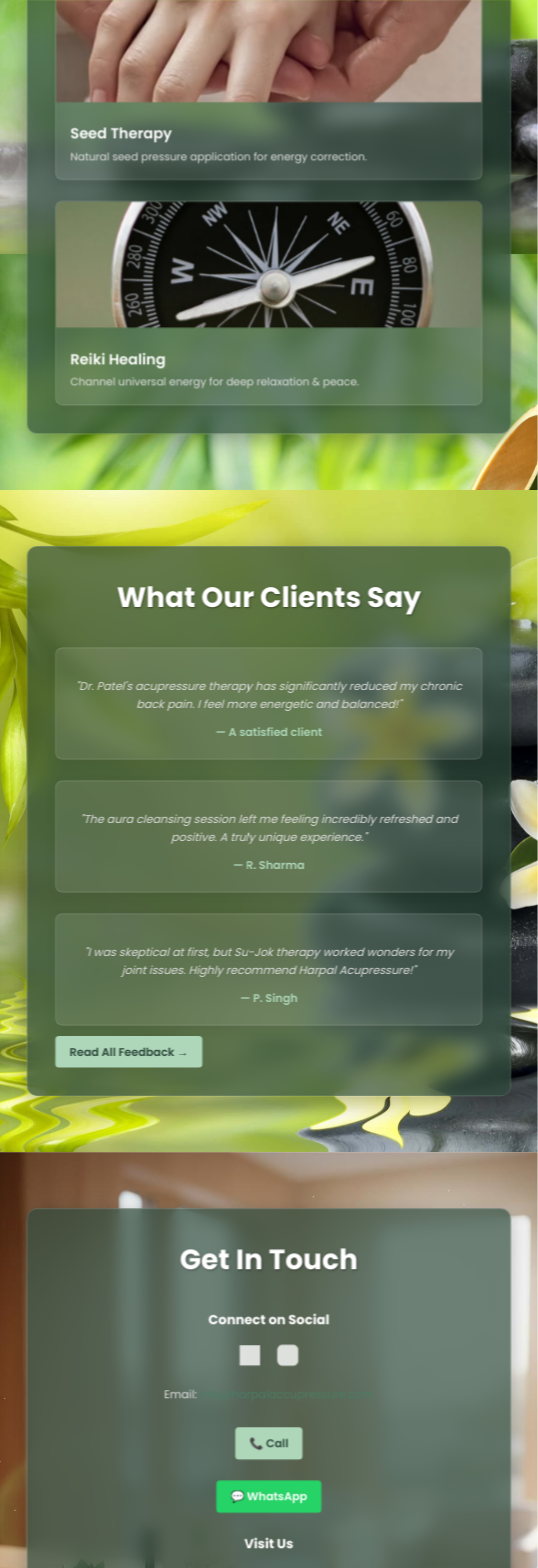
Repository: swasthiik/my-websites
Page: index.html
These files come from the project's save history. The page is drawn as it stood at one moment and after the next save; the edit follows.
The browser window is 768 px wide. The pictures show the part of the page from y = 4260 to 6500 px (the page is 7291 px tall before and 7316 px after), at 70% of full size.
Pictures or frames that could not be fetched are drawn as grey boxes. Backgrounds fixed to the window are drawn as part of the page.

Above is the page before, as saved 2025-10-30 17:40:11.

After the next save:
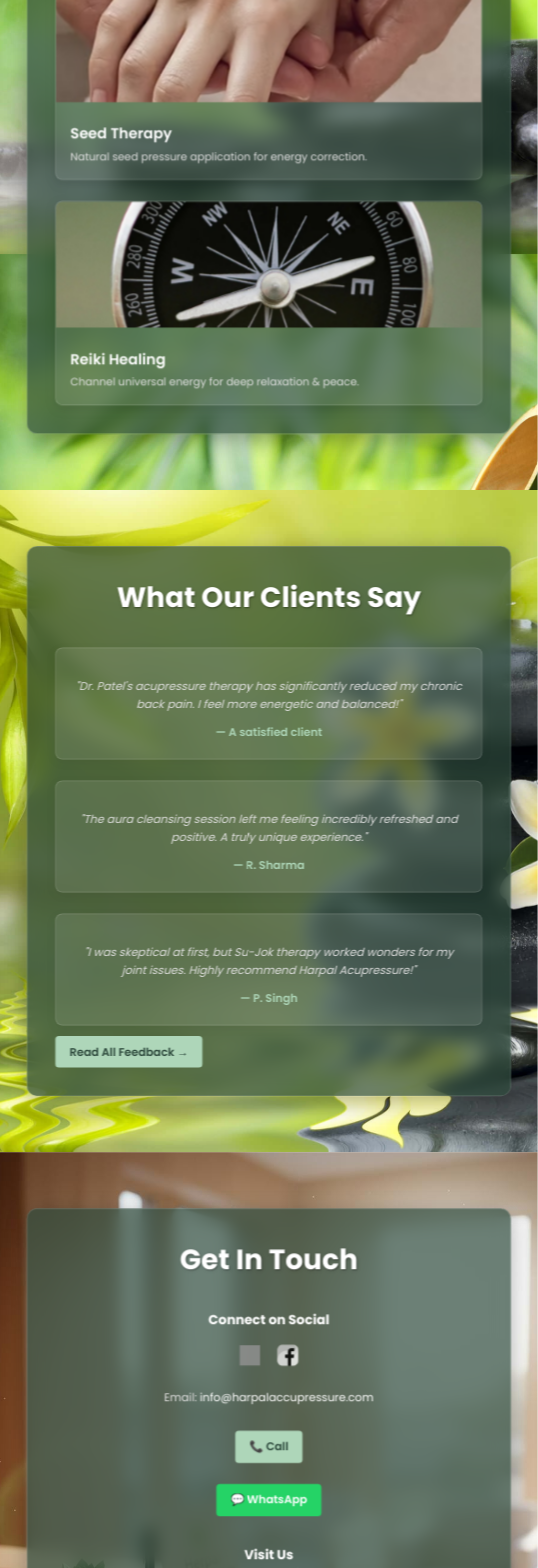
Saved 10 min 3 s later.
--- a/style.css
+++ b/style.css
@@ -122,7 +122,7 @@ header {
   background: #aed6b9;
 }
 
-/* NEW: Mobile Menu Button Styling */
+/* Mobile Menu Button Styling */
 .mobile-menu-button {
   display: none; /* Hidden by default on desktop */
   flex-direction: column;
@@ -258,12 +258,12 @@ section {
 }
 
 .service-card {
-  background: rgba(255, 255, 255, 0.1); /* Lighter, transparent fill */
+  background: rgba(255, 255, 255, 0.1);
   border-radius: 10px;
   box-shadow: 0 4px 15px rgba(0,0,0,0.1);
   overflow: hidden;
   transition: all 0.3s ease;
-  border: 1px solid rgba(255, 255, 255, 0.2); /* Light border for glass effect */
+  border: 1px solid rgba(255, 255, 255, 0.2);
 }
 
 .service-card:hover {
@@ -280,13 +280,13 @@ section {
 
 .svc-body {
   padding: 20px;
-  color: #e0e0e0; /* Light text for readability */
+  color: #e0e0e0;
 }
 
 .svc-title {
   font-weight: 600;
   font-size: 1.3em;
-  color: #ffffff; /* White title */
+  color: #ffffff;
   margin-bottom: 5px;
 }
 
@@ -309,7 +309,7 @@ section {
   box-shadow: 0 4px 15px rgba(0,0,0,0.05);
   text-align: center;
   font-style: italic;
-  color: #e0e0e0; /* Light text color */
+  color: #e0e0e0;
   border: 1px solid rgba(255, 255, 255, 0.2);
 }
 
@@ -320,46 +320,62 @@ section {
 .feedback-item span {
   display: block;
   font-weight: 600;
-  color: #aed6b9; /* Light green for name */
+  color: #aed6b9;
   font-style: normal;
 }
 
-/* Contact Section */
+/* ----- UPDATED & POLISHED CONTACT SECTION ----- */
 #contact-card .inner {
   display: grid;
   grid-template-columns: repeat(auto-fit, minmax(280px, 1fr));
-  gap: 30px;
+  gap: 40px; /* Increased gap for better spacing */
   margin-bottom: 30px;
 }
 
 .contact-left, .contact-center, .quick-links {
   text-align: center;
-  color: #e0e0e0; /* Light text color */
+  color: #e0e0e0;
 }
 
 .contact-left h3, .contact-center h3, .quick-links h4 {
-  color: #ffffff; /* White headings */
+  color: #ffffff;
   margin-bottom: 20px;
   text-shadow: none;
 }
 
+/* FIX: Adjusted filter to work for both Instagram and Facebook icons */
 .social-btns img {
   height: 30px;
   width: 30px;
   margin: 0 10px;
-  transition: transform 0.2s ease;
-  filter: brightness(0) invert(1); /* Invert icon colors to be white */
+  transition: all 0.2s ease;
+  filter: grayscale(1) invert(1) brightness(1.5);
   opacity: 0.8;
 }
 
 .social-btns img:hover {
   transform: scale(1.1);
   opacity: 1;
-}
-
+  filter: grayscale(0) invert(0) brightness(1); /* Optional: Show original colors on hover */
+}
+
+/* FIX: Made email link visible and polished */
 .email-line {
-  margin-top: 20px;
-}
+  margin-top: 25px; /* Added spacing */
+  color: #e0e0e0;
+}
+
+.email-line a {
+    color: #ffffff;
+    font-weight: 500;
+    transition: color 0.3s ease;
+}
+
+.email-line a:hover {
+    color: #aed6b9;
+    text-decoration: underline;
+}
+
 
 .btn-area {
   display: flex;
@@ -383,12 +399,15 @@ section {
   background-color: #1da851;
 }
 
+/* FIX: Polished Quick Links for better visibility */
 .quick-links a {
   display: block;
   margin-bottom: 10px;
   font-weight: 500;
-  color: #aed6b9; /* Light green for links */
-}
+  color: #d4f0db; /* Brighter green for better contrast */
+  transition: color 0.3s ease;
+}
+
 .quick-links a:hover {
   color: #ffffff;
 }
@@ -398,10 +417,12 @@ section {
   font-size: 0.9em;
   color: #c0c0c0;
   margin-top: 30px;
-  border-top: 1px solid rgba(255, 255, 255, 0.2); /* Light border */
+  border-top: 1px solid rgba(255, 255, 255, 0.2);
   padding-top: 20px;
   text-align: center;
 }
+/* ----- END OF CONTACT SECTION ----- */
+
 
 /* Footer */
 footer {
@@ -419,26 +440,25 @@ footer {
   }
 }
 
-/* --- UPDATED RESPONSIVE SECTION --- */
 @media (max-width: 768px) {
   header {
-    flex-direction: row; /* Change from column to row */
-    justify-content: space-between; /* Space out logo and button */
+    flex-direction: row;
+    justify-content: space-between;
     padding: 15px 20px;
   }
 
   .logo-area {
-    margin-bottom: 0; /* Remove margin */
+    margin-bottom: 0;
   }
 
   .mobile-menu-button {
-    display: flex; /* Show the button */
+    display: flex;
   }
 
   .nav-menu {
-    display: none; /* Hide menu by default */
+    display: none;
     position: absolute;
-    top: 70px; /* Adjust based on your header height */
+    top: 70px;
     left: 0;
     width: 100%;
     background-color: #2e4a3d;
@@ -446,11 +466,11 @@ footer {
   }
 
   .nav-menu.active {
-    display: block; /* Show menu when active */
+    display: block;
   }
 
   .nav-menu ul {
-    flex-direction: column; /* Stack links vertically */
+    flex-direction: column;
     width: 100%;
     align-items: center;
     padding: 20px 0;
